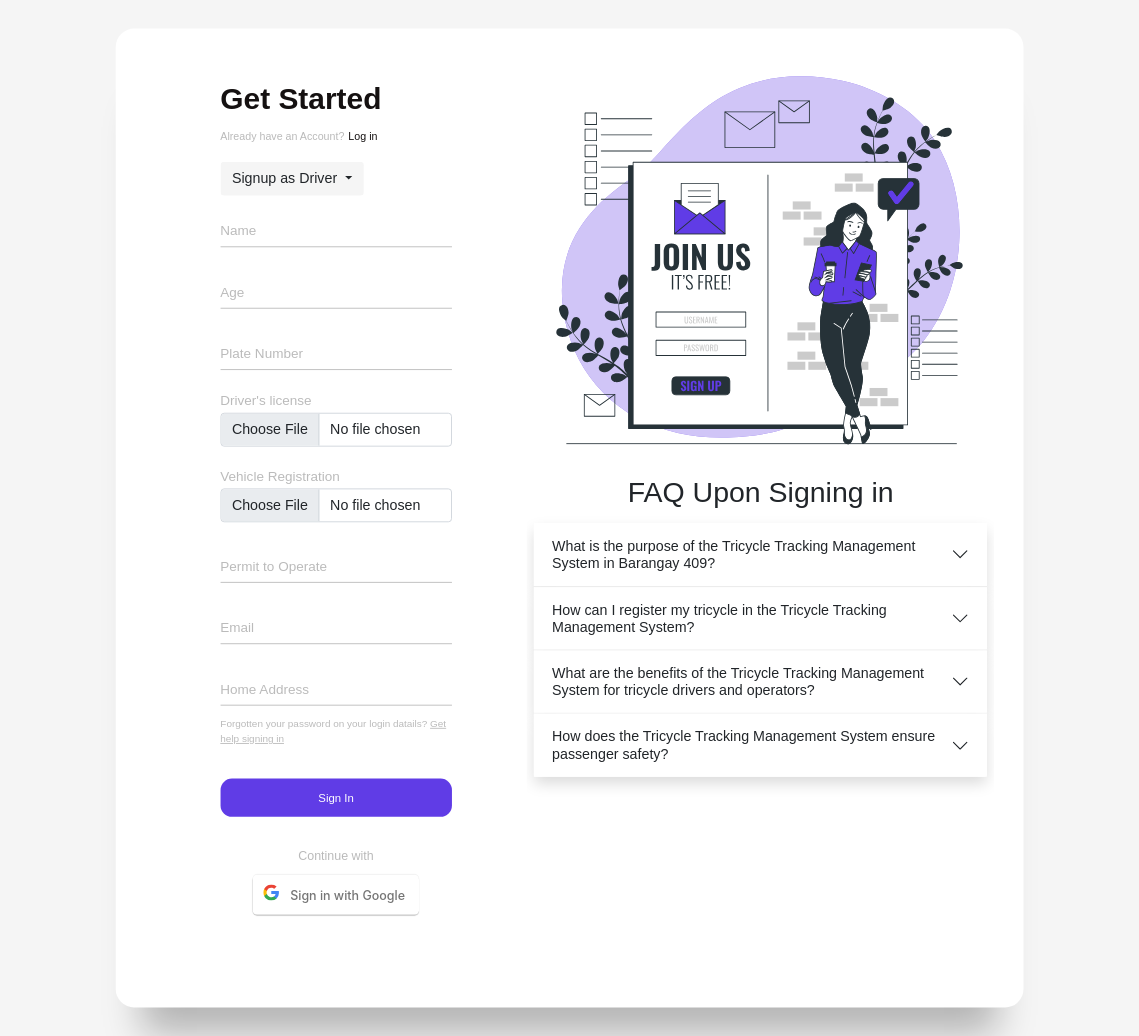
Repository: adrcstro/plate-to-place
Page: http://localhost/Loginsystem/Driverlogin.php
These files come from the project's save history. The page is drawn as it stood at one moment and after the next save; the edit follows.
The browser window is 1280 px wide. The pictures show the whole page, at 89% of full size.
Some web fonts or font styles are not loaded; a fallback is used. Some web libraries are served in a nearby version. The page is run by PHP 8.4 with error messages shown; the project is at /var/www/html/.

Above is the page before, as saved 2023-10-31 12:39:54.

### Loginsystem/Driverlogin.php
<!DOCTYPE html>
<html lang="en">
<head>
    <meta charset="UTF-8">
    <meta name="viewport" content="width=device-width, initial-scale=1.0">
    <link rel="shortcut icon" type="x-icon" href="../images/webicon.png">
    <link rel="stylesheet" href="../css/bootstrap.min.css">
    <link rel="stylesheet" href="https://cdnjs.cloudflare.com/ajax/libs/font-awesome/6.3.0/css/all.min.css" integrity="sha512-SzlrxWUlpfuzQ+pcUCosxcglQRNAq/DZjVsC0lE40xsADsfeQoEypE+enwcOiGjk/bSuGGKHEyjSoQ1zVisanQ==" crossorigin="anonymous" referrerpolicy="no-referrer"/>
    <link rel="stylesheet" href="driver.css">

    <title>Brangay409-3WHeel-Tracking-System</title>
</head>

<body>

<main>
      <div class="box">
        <div class="inner-box">
          <div class="forms-wrap">
            <form action="index.html" autocomplete="off" class="sign-in-form">

<script>
    function changeLoginType(type) {
        document.getElementById('loginDropdown').innerText = 'Login as ' + type;
    }
</script>
              <div class="heading">
                <h2>Get Started</h2>
                <h6>Already have an Account?</h6>
                <a href="#" class="toggle" data-target="img-2">Log in</a>
              </div>



              <div class="dropdown">
    <button class="btn dropdown-toggle" type="button" data-bs-toggle="dropdown" aria-expanded="false" id="loginDropdown">
        Signup as Driver
    </button>
    <ul class="dropdown-menu">
        <li><a class="dropdown-item" href="Passenger.php" onclick="changeLoginType('Passenger')">Passenger</a></li>
        <li><a class="dropdown-item" href="Driverlogin.php" onclick="changeLoginType('Driver')">Driver</a></li>

    </ul>
</div>
<div class="formsignin">



              <div class="actual-form">
                <div class="input-wrap">
                  <input
                    type="text"
                    minlength="4"
                    class="input-field"
                    autocomplete="off"
                    required
                  />
                  <label>Name</label>
                </div>

                <div class="input-wrap">
                  <input
                    type="password"
                    minlength="4"
                    class="input-field"
                    autocomplete="off"
                    required
                  />
                  <label>Age</label>
                </div>

                <div class="input-wrap">
                  <input
                    type="text"
                    minlength="4"
                    class="input-field"
                    autocomplete="off"
                    required
                  />
                  <label>Plate Number</label>
                </div>

                <div id="Filefield" class="input-wrap">
  <label for="formFile" class="custom-label">Driver's license</label>
  <input class="form-control" type="file" id="formFile" title="Please ensure the image is clear and legible" class="custom-title">
</div>
<div id="Filefield" class="input-wrap">
  <label for="formFile" class="custom-label">Vehicle Registration</label>
  <input class="form-control" type="file" id="formFile" title="Please ensure the image is clear and legible" class="custom-title">
</div>

                <div class="input-wrap">
                  <input
                    type="text"
                    minlength="4"
                    class="input-field"
                    autocomplete="off"
                    required
                  />
                  <label>Permit to Operate</label>
                </div>
                <div class="input-wrap">
                  <input
                    type="text"
                    minlength="4"
                    class="input-field"
                    autocomplete="off"
                    required
                  />
                  <label>Email</label>
                </div>
                <div class="input-wrap">
                  <input
                    type="text"
                    minlength="4"
                    class="input-field"
                    autocomplete="off"
                    required
                  />
                  <label>Home Address</label>
                </div>
                <p class="text">
                  Forgotten your password on your login datails?

                  <a href="Forgotpassword.php" data-target="img-2">Get help signing in</a>
                </p>
                <input type="submit" value="Sign In" class="sign-btn" />
                <h5 id="textcon">Continue with</h5>
                <button type="button" class="login-with-google-btn" >
                Sign in with Google
                 </button>
              </div>
              </div>

            </form>


          </div>
          <div class="carousel">
  <div class="images-wrapper">
    <img src="../images/Signup.svg" class="image img-2 show" alt="" />
  </div>

  <div class="col-md-12">
         <h2 class="mt-2 text-center" id="FAQ">FAQ Upon Signing in</h2>
         <div class="accordion accordion-flush p-2" id="accordionFlushExample">
          <div class="accordion-item bg-white shadow">
            <h2 class="accordion-header">
              <button class="accordion-button collapsed" type="button" data-bs-toggle="collapse" data-bs-target="#flush-collapseOne" aria-expanded="false" aria-controls="flush-collapseOne">
                What is the purpose of the Tricycle Tracking Management System in Barangay 409?
              </button>
            </h2>
            <div id="flush-collapseOne" class="accordion-collapse collapse" data-bs-parent="#accordionFlushExample">
              <div class="accordion-body">The Tricycle Tracking Management System aims to streamline tricycle operations and ensure passenger safety and efficient transportation services within the barangay.</div>
            </div>
          </div>
          <div class="accordion-item shadow">
            <h2 class="accordion-header">
              <button class="accordion-button collapsed" type="button" data-bs-toggle="collapse" data-bs-target="#flush-collapseTwo" aria-expanded="false" aria-controls="flush-collapseTwo">
                How can I register my tricycle in the Tricycle Tracking Management System?
              </button>
            </h2>
            <div id="flush-collapseTwo" class="accordion-collapse collapse" data-bs-parent="#accordionFlushExample">
              <div class="accordion-body">To register your tricycle, visit the barangay office and submit the required documents, including the tricycle's registration papers, driver's license, and other necessary permits.</div>
            </div>
          </div>
          <div class="accordion-item shadow">
            <h2 class="accordion-header">
              <button class="accordion-button collapsed" type="button" data-bs-toggle="collapse" data-bs-target="#flush-collapseThree" aria-expanded="false" aria-controls="flush-collapseThree">
                What are the benefits of the Tricycle Tracking Management System for tricycle drivers and operators?
              </button>
            </h2>
            <div id="flush-collapseThree" class="accordion-collapse collapse" data-bs-parent="#accordionFlushExample">
              <div class="accordion-body">The system provides improved transparency in fare collection, enhances security measures for both drivers and passengers, and facilitates better route planning, leading to increased efficiency and profitability for tricycle operators.
              </div>
            </div>
          </div>

          <div class="accordion-item shadow">
            <h2 class="accordion-header">
              <button class="accordion-button collapsed" type="button" data-bs-toggle="collapse" data-bs-target="#flush-collapseFour" aria-expanded="false" aria-controls="flush-collapseFour">
                How does the Tricycle Tracking Management System ensure passenger safety?
              </button>
            </h2>
            <div id="flush-collapseFour" class="accordion-collapse collapse" data-bs-parent="#accordionFlushExample">
              <div class="accordion-body">The system integrates safety measures such as  Report Management, Legal Action Provider, and driver identification features, which enable swift responses to any emergency situations during tricycle rides.</div>
            </div>
          </div>



        </div>
         </div>


</div>
        </div>
      </div>
    </main>



</body>
<script src="../js/bootstrap.bundle.js"></script>
    <script src="login.js"></script>

</html>

### Loginsystem/driver.css
@import url("https://fonts.googleapis.com/css2?family=Poppins:wght@200;300;400;500;600;700;800&display=swap");
@import url('https://fonts.googleapis.com/css2?family=Advent+Pro:wght@200&display=swap');
@import url('https://fonts.googleapis.com/css2?family=Advent+Pro:wght@200&family=Montserrat+Alternates&display=swap');
@import url('http://fonts.googleapis.com/css?family=Open+Sans:400,700');
*,
*::before,
*::after {
  padding: 0;
  margin: 0;
  box-sizing: border-box;
}
#textcon{
  padding: 4px;
  text-align: center;
  color: #bababa;
  font-size: 14px;
}
.login-with-google-btn {
  transition: background-color .3s, box-shadow .3s;
  padding: 12px 16px 12px 42px;
  border: none;
  border-radius: 5px;
  box-shadow: 0 -1px 0 rgba(0, 0, 0, .04), 0 1px 1px rgba(0, 0, 0, .25);
  display: block;
    margin: auto;
  color: #757575;
  font-size: 14px;
  font-weight: 500;
  font-family: -apple-system,BlinkMacSystemFont,"Segoe UI",Roboto,Oxygen,Ubuntu,Cantarell,"Fira Sans","Droid Sans","Helvetica Neue",sans-serif;

  background-image: url(data:[embedded picture, 822 characters]);
  background-color: white;
  background-repeat: no-repeat;
  background-position: 12px 11px;

  &:hover {
    background-color: #f3f3f3b6;
  }

  &:active {
    background-color: #eeeeee;
  }
}
  &:focus {
    outline: none;
    box-shadow:
      0 -1px 0 rgba(0, 0, 0, .04),
      0 2px 4px rgba(0, 0, 0, .25),
      0 0 0 3px #c8dafc;
  }

.logo {
  text-align: center;
}
.logo br {
  font-size: 1px; /* Adjust the font size as per your requirement */
}
body,
input {
  font-family: 'Montserrat Alternates', sans-serif;

}
#loginDropdown{
  background-color: whitesmoke;
}

main {
  width: 100%;
  min-height: 100vh;
  overflow: hidden;
  background-color: whitesmoke;
  padding: 2rem;
  display: flex;
  align-items: center;
  justify-content: center;
}

.box {
  position: relative;
  width: 100%;
  max-width: 1020px;
  height: 1100px;
  background-color: #fff;
  border-radius: 1.3rem;
  box-shadow: 0 60px 40px -30px rgba(0, 0, 0, 0.27);
}

.inner-box {
  position: absolute;
  width: calc(100% - 4.1rem);
  height: calc(100% - 4.1rem);
  top: 50%;
  left: 50%;
  transform: translate(-50%, -50%);
}

.forms-wrap {
  position: absolute;
  height: 100%;
  width: 45%;
  top: 0;
  left: 0;
  display: grid;
  grid-template-columns: 1fr;
  grid-template-rows: 1fr;
  transition: 0.8s ease-in-out;
}

form {
  max-width: 260px;
  width: 100%;
  margin: 0 auto;
  height: 100%;
  display: flex;
  flex-direction: column;
  justify-content: space-evenly;
  grid-column: 1 / 2;
  grid-row: 1 / 2;
  transition: opacity 0.02s 0.4s;
  border: #aaa;
}

form.sign-up-form {
  opacity: 0;
  pointer-events: none;

}

.logo {
  display: flex;
  align-items: center;
}


.logo h4 {
  font-size: 1.1rem;
  margin-top: -9px;
  letter-spacing: -0.5px;
  color: #151111;
}

.heading h2 {
  font-size: 2.1rem;
  font-weight: 600;
  color: #151111;
}

.heading h6 {
  color: #bababa;
  font-weight: 400;
  font-size: 0.75rem;
  display: inline;
}

.toggle {
  color: #151111;
  text-decoration: none;
  font-size: 0.75rem;
  font-weight: 500;
  transition: 0.3s;
}

.toggle:hover {
  color: #8371fd;
}

.input-wrap {
  position: relative;
  height: 37px;
  margin-bottom: 2rem;
}

.input-field {
  position: absolute;
  width: 100%;
  height: 100%;
  background: none;
  border: none;
  outline: none;
  border-bottom: 1px solid #bbb;
  padding: 0;
  font-size: 0.95rem;
  color: #151111;
  transition: 0.4s;
}

label {
  position: absolute;
  left: 0;
  top: 50%;
  transform: translateY(-50%);
  font-size: 0.95rem;
  color: #bbb;
  pointer-events: none;
  transition: 0.4s;
}

.input-field.active {
  border-bottom-color: #151111;
}

.input-field.active + label {
  font-size: 0.75rem;
  top: -2px;
}
.logtext{
  margin-top: -1rem;
}
.sign-btn {
  display: inline-block;
  width: 100%;
  height: 43px;
  background-color: #603ce6;
  color: #fff;
  border: none;
  cursor: pointer;
  border-radius: 0.8rem;
  font-size: 0.8rem;
  margin-bottom: 2rem;
  transition: 0.3s;
}
.show {
  display: block;
}

.FAQESTION{
  margin-top: -3rem;
}



.hide {
  display: none;
}

.sign-btn:hover {
  background-color: #6a5cc4;
}

.text {
  color: #bbb;
  font-size: 0.7rem;
  transform: translateY(-20px);
}

.text a {
  color: #bbb;
  transition: 0.3s;

}




.text a:hover {
  color: #8371fd;
}

main.sign-up-mode form.sign-in-form {
  opacity: 0;
  pointer-events: none;
}

main.sign-up-mode form.sign-up-form {
  opacity: 1;
  pointer-events: all;
}

main.sign-up-mode .forms-wrap {
  left: 55%;
}

main.sign-up-mode .carousel {
  left: 0%;
}

.carousel {
  position: absolute;
  height: 100%;
  width: 55%;
  left: 45%;
  top: 0;
  background-color: white;
  border-radius: 2rem;
  display: grid;
  grid-template-rows: auto 1fr;
  padding-bottom: 2rem;
  overflow: hidden;
  transition: 0.8s ease-in-out;
}

.images-wrapper {
  display: grid;
  grid-template-columns: 1fr;
  grid-template-rows: 1fr;
}
.hide {
  display: none;
}
.image {
  width: 100%;
 height: 90%;
  grid-column: 1/2;
  grid-row: 1/2;
  opacity: 0;
  transition: opacity 0.3s, transform 0.5s;
}

.img-1 {
  transform: translate(0, -50px);
}

.img-2 {
  transform: scale(0.4, 0.5);
}

.img-3 {
  transform: scale(0.3) rotate(-20deg);
}

.image.show {
  opacity: 1;
  transform: none;
}

.text-slider {
  display: flex;
  align-items: center;
  justify-content: center;
  flex-direction: column;
margin-top: -4rem;

}

.text-wrap {
  max-height: 3.1rem;
  overflow: hidden;
  margin-bottom: 2.3rem;
}

.text-group {
  display: flex;
  flex-direction: column;
  text-align: center;
  transform: translateY(0);
  transition: 0.5s;
}

.text-group h2 {
  line-height: 2.2rem;
  font-weight: 600;
  font-size: 1.6rem;
}

.bullets {
  display: flex;
  align-items: center;
  justify-content: center;
  margin-top: -2.4rem;
}

.bullets span {
  display: block;
  width: 0.5rem;
  height: 0.5rem;
  background-color: #aaa;
  margin: 0 0.25rem;
  border-radius: 50%;
  cursor: pointer;
  transition: 0.3s;
}
.dropdown{
  margin-top: -6rem;
}
.actual-form{
  margin-top: -6rem;
}
.bullets span.active {
  width: 1.1rem;
  background-color: #151111;
  border-radius: 1rem;
}
.actual-form{
  margin-top: 20px;
  }
  .col-md-12{
    margin-top: -4rem;
  }

  .sign-in-form{
    margin-top: -4rem;
  }
.formsignin{
  margin-top: -6rem;
}
#Filefield{
  margin-top: 3rem;
}
.custom-label{
  margin-top: -2rem;
}

.sign-in-form{
  margin-top: -1.4rem;
}
.dropdown{
  margin-top: -2rem;
}
.formsignin{
  margin-top: -3rem;
}

@media (max-width: 850px) {
  .box {
    height: auto;
    max-width: 550px;
    overflow: hidden;
  }

  .inner-box {
    position: static;
    transform: none;
    width: revert;
    height: revert;
    padding: 2rem;
  }

  .forms-wrap {
    position: revert;
    width: 100%;
    height: auto;
  }

  form {
    max-width: revert;
    padding: 1.5rem 2.5rem 2rem;
    transition: transform 0.8s ease-in-out, opacity 0.45s linear;
  }

  .heading {
    margin: 2rem 0;
  }

  form.sign-up-form {
    transform: translateX(100%);
  }

  main.sign-up-mode form.sign-in-form {
    transform: translateX(-100%);
  }

  main.sign-up-mode form.sign-up-form {
    transform: translateX(0%);
  }

  .carousel {
    position: revert;
    height: auto;
    width: 100%;
    padding: 3rem 2rem;
    display: flex;
  }

  .images-wrapper {
    display: none;
  }

  .text-slider {
    width: 100%;
  }

  .text-slider{
    margin-top: 3rem;
}
.actual-form{
margin-top: 2rem;
}
.col-md-12{
  margin-top: -3rem;
}
.dropdown{
  margin-top: -1rem;
}
.sign-in-form{
  margin-top: -1rem;
}

.formsignin{
  margin-top: 1rem;
}


}

@media (max-width: 528px) {
  main {
    padding: 1rem;
  }

  .box {
    border-radius: 2rem;
  }

  .inner-box {
    padding: 1rem;
  }

  .carousel {
    padding: 1.5rem 1rem;
    border-radius: 1.6rem;
  }

  .text-wrap {
    margin-bottom: 1rem;
  }

  .text-group h2 {
    font-size: 1.2rem;
  }

  form {
    padding: 1rem 2rem 1.5rem;
  }

  .bullets{
    margin-top: -1rem;
}
.col-md-12{
  margin-top: 1rem;
}


}








@media (max-width: 390px) {
    .text-slider{
        margin-top: 2rem;
    }

}

### Loginsystem/login.js
const inputs = document.querySelectorAll(".input-field");
const toggle_btn = document.querySelectorAll(".toggle");
const main = document.querySelector("main");
const bullets = document.querySelectorAll(".bullets span");
const images = document.querySelectorAll(".image");

inputs.forEach((inp) => {
  inp.addEventListener("focus", () => {
    inp.classList.add("active");
  });
  inp.addEventListener("blur", () => {
    if (inp.value != "") return;
    inp.classList.remove("active");
  });
});

toggle_btn.forEach((btn) => {
  btn.addEventListener("click", () => {
    main.classList.toggle("sign-up-mode");
  });
});

function moveSlider() {
  let index = this.dataset.value;

  let currentImage = document.querySelector(`.img-${index}`);
  images.forEach((img) => img.classList.remove("show"));
  currentImage.classList.add("show");

  const textSlider = document.querySelector(".text-group");
  textSlider.style.transform = `translateY(${-(index - 1) * 2.2}rem)`;

  bullets.forEach((bull) => bull.classList.remove("active"));
  this.classList.add("active");
}

bullets.forEach((bullet) => {
  bullet.addEventListener("click", moveSlider);
});

document.addEventListener('DOMContentLoaded', function () {
  const toggleLinks = document.querySelectorAll('.toggle');
  toggleLinks.forEach(function(toggleLink) {
    toggleLink.addEventListener('click', function (event) {
      event.preventDefault();
      const targetId = toggleLink.getAttribute('data-target');
      const textSlider = document.querySelector('.text-group');
      if (targetId === 'img-1') {
        const targetText = 'Get Started';
        textSlider.innerHTML = `<h2>${targetText}</h2>`;
      } else if (targetId === 'img-2') {
        const targetText = 'Join us';
        textSlider.innerHTML = `<h2>${targetText}</h2>`;
      }
    });
  });
});

Loaded but not shown: css/bootstrap.min.css (library); js/bootstrap.bundle.js (library); Images/Signup.svg (1 lines, source omitted)

After the next save:
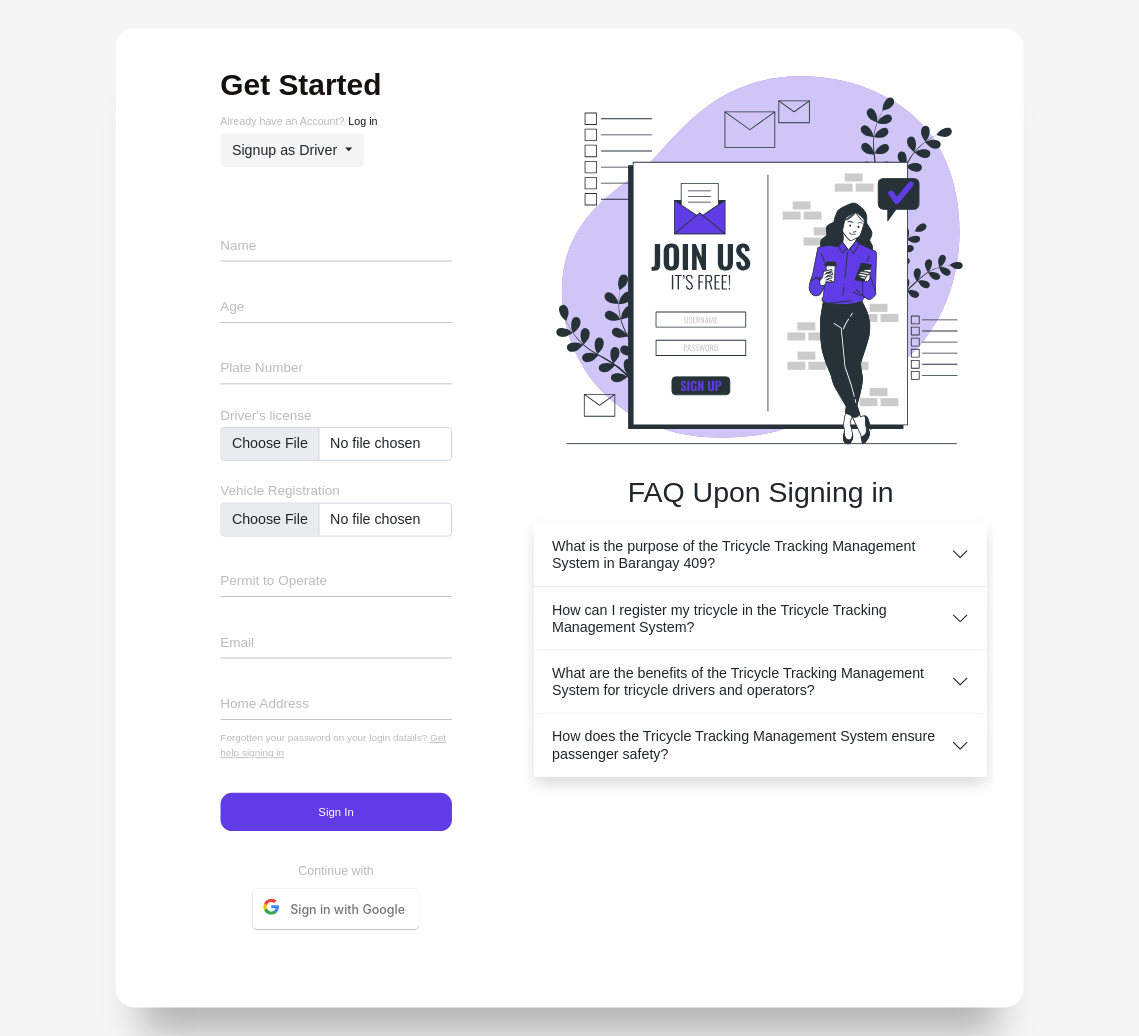
Saved 7 s later.
--- a/Loginsystem/driver.css
+++ b/Loginsystem/driver.css
@@ -407,7 +407,7 @@ margin-top: -4rem;
   margin-top: -2rem;
 }
 .formsignin{
-  margin-top: -3rem;
+  margin-top: 1rem;
 }
 
 @media (max-width: 850px) {
